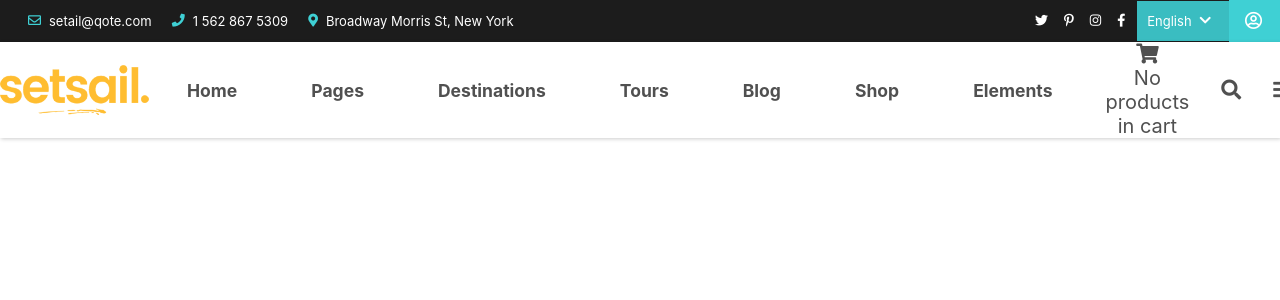
Repository: Hunga9k50doker/Setail
Page: /
An editor plug-in stored every save of this project. The page is shown before and after a run of saves, followed by the edit.
The browser window is 1280 px wide. The pictures show the whole page.
The project was rebuilt for these pictures with package versions that can differ from the ones it lists, and the page was loaded fresh each time.

Above is the page before, as saved 2021-10-21 11:35:00.

### public/index.html
<!DOCTYPE html>
<html lang="en">

<head>
  <meta charset="utf-8" />
  <link rel="icon" href="%PUBLIC_URL%/favicon.ico" />
  <meta name="viewport" content="width=device-width, initial-scale=1" />
  <meta name="theme-color" content="#000000" />
  <meta name="description" content="Web site created using create-react-app" />
  <link rel="stylesheet" href="./font/fontawesome-free-5.15.3-web/css/all.min.css">
  <link rel="apple-touch-icon" href="%PUBLIC_URL%/logo192.png" />
  <!--
      manifest.json provides metadata used when your web app is installed on a
      user's mobile device or desktop. See https://developers.google.com/web/fundamentals/web-app-manifest/
    -->
  <link rel="manifest" href="%PUBLIC_URL%/manifest.json" />
  <!--
      Notice the use of %PUBLIC_URL% in the tags above.
      It will be replaced with the URL of the `public` folder during the build.
      Only files inside the `public` folder can be referenced from the HTML.

      Unlike "/favicon.ico" or "favicon.ico", "%PUBLIC_URL%/favicon.ico" will
      work correctly both with client-side routing and a non-root public URL.
      Learn how to configure a non-root public URL by running `npm run build`.
    -->
  <title>React App</title>
</head>

<body>
  <noscript>You need to enable JavaScript to run this app.</noscript>
  <div id="root">

  </div>
  <script type="text/babel">
  </script>
  <!--
      This HTML file is a template.
      If you open it directly in the browser, you will see an empty page.

      You can add webfonts, meta tags, or analytics to this file.
      The build step will place the bundled scripts into the <body> tag.

      To begin the development, run `npm start` or `yarn start`.
      To create a production bundle, use `npm run build` or `yarn build`.
    -->
</body>

</html>

### src/index.js
import React from "react";
import ReactDOM from "react-dom";
import App from "./views/App.js";
import reportWebVitals from "./reportWebVitals";
import "./styles/global.scss";
// import socialNetworks from '../src/components/socialNetworks'

ReactDOM.render(
  <React.StrictMode>
    <App />
  </React.StrictMode>,
  document.getElementById("root")
);

// If you want to start measuring performance in your app, pass a function
// to log results (for example: reportWebVitals(console.log))
// or send to an analytics endpoint. Learn more: https://bit.ly/CRA-vitals
reportWebVitals();

### src/views/App.js
import './App.scss';
import NavOnTop from '../components/NavOnTop/NavOnTop';
import Nav from '../components/Navigation/Nav';

function App() {

  return (
    <div className="App">
      <NavOnTop />
      <Nav />
    </div>
  );
}

export default App;

### src/styles/global.scss
@import './variables';

* {
  margin: 0;
  padding: 0;
  box-sizing: border-box;
}

body {
  margin: 0;
  font-family: -apple-system, BlinkMacSystemFont, "Segoe UI", "Roboto", "Oxygen",
    "Ubuntu", "Cantarell", "Fira Sans", "Droid Sans", "Helvetica Neue",
    sans-serif;
  -webkit-font-smoothing: antialiased;
  -moz-osx-font-smoothing: grayscale;
}

code {
  font-family: source-code-pro, Menlo, Monaco, Consolas, "Courier New",
    monospace;
}

ul,
li {
  display: inline-block;
  list-style: none;
  padding-left: 0;
}

a {
  text-decoration: none;
  display: inline-block;
  color: #505050;
}

.bridge {
  content: "";
  position: absolute;
  top: -4px;
  left: 50%;
  transform: translate(-50%, 0);
  width: 100%;
  height: 8px;
}

.hover-slide-below {
  content: " ";
  width: 100%;
  height: 4px;
  background: $bg-color--hover;
  position: absolute;
  bottom: -8px;
  left: 0;
  border-radius: 8px;
  transform: scaleX(0);
  transform-origin: center left;
  transition: all 0.3s ease;
}

### src/views/App.scss
.App {
  text-align: center;
  background: #999;
}

### src/components/NavOnTop/NavOnTop.js
// import { render } from "@testing-library/react";
import './NavOnTop.scss';

const NavOnTop = () => {
  return (
    <div className="nav__onTop">
      <ul className="nav__onTop-leftInner">
        <li className="nav__onTop-leftInner-item">
          <i className="far fa-envelope"></i>
          <p className="nav__onTop-leftInner-item-text">setail@qote.com</p>
        </li>
        <li className="nav__onTop-leftInner-item">
          <i className="fas fa-phone"></i>
          <p className="nav__onTop-leftInner-item-text">1 562 867 5309</p>
        </li>
        <li className="nav__onTop-leftInner-item">
          <i className="fas fa-map-marker-alt"></i>
          <p className="nav__onTop-leftInner-item-text">
            Broadway Morris St, New York
          </p>
        </li>
      </ul>
      <ul className="nav__onTop-rightInner">
        <li className="nav__onTop-rightInner-item nav__onTop-rightInner-item-socialNetwork">
          <i className=" fab fa-twitter"></i>
        </li>
        <li className="nav__onTop-rightInner-item nav__onTop-rightInner-item-socialNetwork">
          <i className=" fab fa-pinterest-p"></i>
        </li>
        <li className="nav__onTop-rightInner-item nav__onTop-rightInner-item-socialNetwork">
          <i className=" fab fa-instagram"></i>
        </li>
        <li className="nav__onTop-rightInner-item nav__onTop-rightInner-item-socialNetwork">
          <i className=" fab fa-facebook-f"></i>
        </li>
        <li className="nav__onTop-rightInner-item nav__onTop-rightInner-item-toggleLang">
            <p>English</p>
            <i className="fas fa-chevron-down"></i>
          <div className="nav__onTop-rightInner-item-langs">
            <a href="#" className="nav__onTop-rightInner-item-lang">
              VietNam
            </a>
            <a href="#" className="nav__onTop-rightInner-item-lang">
              France
            </a>
            <a href="#" className="nav__onTop-rightInner-item-lang">
              German
            </a>
          </div>
        </li>
        <li className="nav__onTop-rightInner-item nav__onTop-rightInner-account">
          <i className="far fa-user-circle"></i>
        </li>
      </ul>
    </div>
  );
};

export default NavOnTop;

### src/components/Navigation/Nav.js
import "./Nav.scss";

const Nav = () => {
  return (
    <div className="nav">
      <img src="./logo/logo-footer.png" alt="Not found" className="nav__logo" />
      <ul className="nav__list">
        <li className="nav__list-item nav__list-item-Home">
          <h3 className="nav__list-item-title">Home</h3>
          <div className="nav__list-item-selections">
            <a href="#" className="nav__list-item-selection">
              <p>Travel Agency</p>
            </a>
            <a href="#" className="nav__list-item-selection">
              <p>Winters Holidays</p>
            </a>
            <a href="#" className="nav__list-item-selection">
              <p>Exotic Destinations</p>
            </a>
          </div>
        </li>
        <li className="nav__list-item nav__list-item-Pages">
          <h3 className="nav__list-item-title">Pages</h3>
          <div className="nav__list-item-selections">
            <a href="#" className="nav__list-item-selection">
              <p>About Us</p>
            </a>
            <a href="#" className="nav__list-item-selection">
              <p>What We Offer</p>
            </a>
            <a href="#" className="nav__list-item-selection">
              <p>Our Team</p>
            </a>
          </div>
        </li>
        <li className="nav__list-item nav__list-item-Destinations">
          <h3 className="nav__list-item-title">Destinations</h3>
          <div className="nav__list-item-selections">
            <a href="#" className="nav__list-item-selection">
              <p>Destination List</p>
            </a>
            <a href="#" className="nav__list-item-selection">
              <p>Destination Slider</p>
            </a>
            <a href="#" className="nav__list-item-selection">
              <p>Destination Item</p>
            </a>
          </div>
        </li>
        <li className="nav__list-item nav__list-item-Tours">
          <h3 className="nav__list-item-title">Tours</h3>
          <div className="nav__list-item-selections">
            <a href="#" className="nav__list-item-selection">
              <p>Standard List</p>
            </a>
            <a href="#" className="nav__list-item-selection">
              <p>Gallery List</p>
            </a>
            <a href="#" className="nav__list-item-selection">
              <p>Split List</p>
            </a>
          </div>
        </li>
        <li className="nav__list-item nav__list-item-Blog">
          <h3 className="nav__list-item-title">Blog</h3>
          <div className="nav__list-item-selections">
            <a href="#" className="nav__list-item-selection">
              <p>Blog Masonry</p>
            </a>
            <div className="nav__list-item-selection">
              <p>Blog Standard</p>
              <i className="fas fa-chevron-right"></i>
              <ul className="sub-menu ">
                <li className="sub-menu-item">
                  <a href="#">Right Sidebar</a>
                </li>
                <li className="sub-menu-item">
                  <a href="#">Left Sidebar</a>
                </li>
                <li className="sub-menu-item">
                  <a href="#">Without Sidebar</a>
                </li>
              </ul>
            </div>
            <div className="nav__list-item-selection">
              <p>Blog Types</p>
              <i className="fas fa-chevron-right"></i>
              <ul className="sub-menu ">
                <li className="sub-menu-item">
                  <a href="#">Standard </a>
                </li>
                <li className="sub-menu-item">
                  <a href="#">Gallery </a>
                </li>
                <li className="sub-menu-item">
                  <a href="#">Link</a>
                </li>
              </ul>
            </div>
          </div>
        </li>
        <li className="nav__list-item nav__list-item-Shop">
          <h3 className="nav__list-item-title">Shop</h3>
          <div className="nav__list-item-selections">
            <a href="#" className="nav__list-item-selection">
              <p>Product List</p>
            </a>
            <a href="#" className="nav__list-item-selection">
              <p>Product Single</p>
            </a>
            <div className="nav__list-item-selection">
              <p>Shop Layout</p>
              <i className="fas fa-chevron-right"></i>
              <ul className="sub-menu">
                <li className="sub-menu-item">
                  <a href="#">Three Columns </a>
                </li>
                <li className="sub-menu-item">
                  <a href="#">Four Columns </a>
                </li>
                <li className="sub-menu-item">
                  <a href="#">Full Width</a>
                </li>
              </ul>
            </div>
          </div>
        </li>
        <li className="nav__list-item nav__list-item-Elements">
          <h3 className="nav__list-item-title">Elements</h3>
          <div className="nav__list-item-selections">
            <ul className="nav__list-item-selection sub-category">
              <li className="sub-category-item">Featured</li>
              <li className="sub-category-item">
                <a href="#">Tour List</a>
              </li>
              <li className="sub-category-item">
                <a href="#">Tour Carousel</a>
              </li>
              <li className="sub-category-item">
                <a href="#">Tour Filter</a>
              </li>
            </ul>
            <ul className="nav__list-item-selection sub-category">
              <li className="sub-category-item">Presentation</li>
              <li className="sub-category-item">
                <a href="#">Team</a>
              </li>
              <li className="sub-category-item">
                <a href="#">Blog List</a>
              </li>
              <li className="sub-category-item">
                <a href="#">Shop List</a>
              </li>
            </ul>
            <ul className="nav__list-item-selection sub-category">
              <li className="sub-category-item">ClassNameic</li>
              <li className="sub-category-item">
                <a href="#">Accordions</a>
              </li>
              <li className="sub-category-item">
                <a href="#">Tabs</a>
              </li>
              <li className="sub-category-item">
                <a href="#">Buttons</a>
              </li>
            </ul>
            <ul className="nav__list-item-selection sub-category">
              <li className="sub-category-item">Typography</li>
              <li className="sub-category-item">
                <a href="#">Headings</a>
              </li>
              <li className="sub-category-item">
                <a href="#">Columns</a>
              </li>
              <li className="sub-category-item">
                <a href="#">Section Title</a>
              </li>
            </ul>
          </div>
        </li>
      </ul>
      <ul className="nav__innerRight">
        <li className="nav__innerRight-item nav__innerRight-item-cart">
          <i className="fas fa-shopping-cart"></i>
          <div className="cart-category">
            <p>No products in cart</p>
          </div>
        </li>
        <li className="nav__innerRight-item nav__innerRight-item-search">
          <i className="fas fa-search"></i>
        </li>
        <li className="nav__innerRight-item nav__innerRight-item-category">
          <i className="fas fa-bars"></i>
        </li>
      </ul>
    </div>
  );
};

export default Nav;

### src/styles/_variables.scss


$primary-color:#3fd0d4;
$bg-color--hover:#3abdc1;
$text-color: #505050;
$white-color:#fff;

### src/components/NavOnTop/NavOnTop.scss
@import '../../styles/variables';

.nav__onTop {
  display: flex;
  align-items: center;
  justify-content: space-between;
  padding: 0 0 0 18px;
  background: #1c1c1c;
  color: #fff;
  &-leftInner,
  &-rightInner {
    display: flex;
    align-items: center;
    &-item {
      display: flex;
      align-items: center;
      justify-content: center;
      font-size: 13px;
      padding: 0 10px;
      cursor: pointer;
      &:hover {
        color: $primary-color;
      }
      i {
        margin-right: 8px;
      }

      &-langs {
        // display: none;
        transition: all 0.3s ease;
                position: absolute;
       bottom: calc( -100% - 54px);
       left: 0;
       right: 0;
      z-index: -1;
      transform: translateY(-200%);
      opacity: 0;
    }
    &-lang{
        padding:6px 10px;
        display:flex;
        align-items:center;
        justify-content: center;
        flex-direction: column;
        background: $primary-color;
        color:#fff;
        &:hover{
            background: $bg-color--hover;
        }
        &:last-child{
            padding-bottom: 12px;
        }

        &:first-child{
            position: relative;
            &:after{
                content: " ";
                position: absolute;
                width: 100%;
                height: 8px;
                top: -4px;
            }
        }
    }
    }



    &-item-socialNetwork {
      padding-left: 4px;
      padding-right: 4px;
    }
    &-item-toggleLang {
    position: relative;
      background: $bg-color--hover;
      display: flex;
      align-items: center;
      height: 100%;
      margin: 0;
      padding: 12px 10px;
      justify-content: space-around;
      p {
        display: inline-block;
        margin-right: 8px;
      }
    }
    &-item-toggleLang:hover .nav__onTop-rightInner-item-langs{
       transform: translateY(0);
       opacity: 1;
        z-index: 5;

    }

    &-account {
      background: $primary-color;
      padding:12px 10px 12px 16px;
      display: flex;
      align-items: center;
      justify-content: center;
      i {
        display: inline-block;
        font-size: 1.1rem;
      }
      &:hover{
          color: #999;
          background: $bg-color--hover;
      }
    }
  }
   &-leftInner {
      i {
        color: $primary-color;
      }
    }
}


// ============Animation=====================

### src/components/Navigation/Nav.scss
@import "../../styles/variables";
@import "../../styles/global.scss";

.nav {
  position: fixed;
  left: 0;
  right: 0;
  top: 42px;
  z-index: 5;
  transition: all 0.3s ease;
  display: flex;
  align-items: center;
  justify-content: space-around;
  box-shadow:1px 1px 4px rgba(0, 0, 0, 0.2);
  &__logo {
    cursor: pointer;
    width: 150px;
    height: 50px;
    font-size: 14px;
  }

  &__list {
    display: flex;
    align-items: center;
    justify-content: center;
    &-item {
      position: relative;
      transition: all 0.5s ease;
      padding: 28px 37px;
      font-size: 15px;
      cursor: pointer;
      color: $text-color;
      &:hover {
        color: $primary-color;
      }

      &-title {
        position: relative;
        font-weight: 700;

        &:after {
          @extend .hover-slide-below;
        }
        &:hover:after {
          transform: scaleX(1);
          transform-origin: left center;
        }
      }
      &-selections {
        transition: all 0.3s ease;
        text-align: left;
        flex-direction: column;
        position: absolute;
        border-radius: 2px;
        top: 82px;
        left: 0;
        width: calc(150% + 50px);
        box-shadow: 0px 0px 5px rgba(0, 0, 0, 0.2);
        transform: scaleY(0);
        transform-origin: center top;

        &:before {
          @extend .bridge;
        }
      }

      &:hover &-selections {
        transform: scaleY(1);
        transform-origin: top center;
      }
      &-selection {
        position: relative;
        display: block;
        padding: 5px 25px 6px 32px;
        font-size: 15px;
        color: $text-color;
        font-weight: 500;
        p {
          position: relative;
          display: inline-block;
          width: fit-content;
          &:after {
            @extend .hover-slide-below;
            height: 3px;
          }
        }
        &:hover {
          color: $primary-color;

          .sub-menu {
            display: flex;
            transform:scaleX(1);
            transform-origin: left center;
            opacity: 1;
          }
        }
        &:hover p:after {
          transform: scaleX(1);
          transform-origin: left center;

        }
        &:first-child {
          padding-top: 34px;
        }
        &:last-child {
          margin-bottom: 34px;
        }

        .sub-menu {
          position: absolute;
          top: 0;
          z-index: -1;
          left: 100%;
          align-items: flex-start;
          float: left;
          flex-direction: column;
          box-shadow: 1px 1px 4px rgba(0, 0, 0, 0.2);
          width: 100%;
          padding: 28px 0 28px 0;
          transform: scaleX(0);
          opacity:0;
          transform-origin: center left;
          transition: all 0.3s ease;
          &-item {
            width: 100%;
            padding: 5px 37px 6px 37px;
            color: $text-color;
            a {
              position: relative;
              display: inline-block;
              width: fit-content;
              &:after {
                @extend .hover-slide-below;
                height: 2px;
              }
            }
            &:hover a {
              color: $primary-color;
            }
            &:hover a:after {
              transform: scaleX(1);
              transform-origin: left center;
            }
          }
        }
      }

      &:nth-child(5)  &-selection,
      &:nth-child(6) &-selection {
        display: flex;
        align-items: center;
        justify-content: space-between;
      }

      &:nth-child(7) .sub-category {
        display: flex;
        align-items: flex-start;
        flex-direction: column;
        padding: 10px 20px;
        flex: 1;
        &-item {
          position: relative;
          padding: 7px 37px;
          &:first-child {
            color: $primary-color;
            font-size: 16px;
            font-weight: 700;
            margin-bottom: 20px;
          }
          a {
            position: relative;
            width: fit-content;
            &:after {
              @extend .hover-slide-below;
              height: 3px;
            }
          }

          &:hover a {
            color: $primary-color;
          }

          &:hover a:after {
            transform: scaleX(1);
            transform-origin: left center;
          }
        }
      }
    }

    &-item:nth-child(7) &-item-selections {
      display: flex;
      position: fixed;
      top: 120px;
      left: 0;
      width: 100vw;
      flex-direction: row;
      padding: 37px 50px;
    }
  }

  &__innerRight {
    display: flex;
    align-items: center;
    justify-content: center;
    &-item {
      position: relative;
      transition: all 0.5s ease;
      cursor: pointer;
      margin: 0 16px;
      font-size: 20px;
      color: $text-color;
      z-index: 2;
      transform: scale(1);

      &:hover {
        transform: scale(1.2);
        color: $bg-color--hover;
      }
    }
  }
}

Loaded but not shown: src/reportWebVitals.js (common file); public/font/fontawesome-free-5.15.3-web/css/all.min.css (library)

After the next 2 saves:
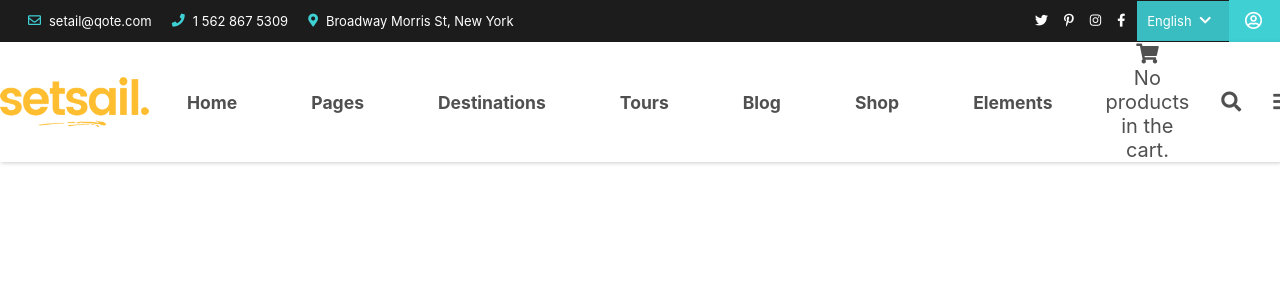
The 2 saves are shown as one change because they came seconds apart.
The last was saved 11 s later.
--- a/src/components/Navigation/Nav.js
+++ b/src/components/Navigation/Nav.js
@@ -183,7 +183,7 @@ const Nav = () => {
         <li className="nav__innerRight-item nav__innerRight-item-cart">
           <i className="fas fa-shopping-cart"></i>
           <div className="cart-category">
-            <p>No products in cart</p>
+            <p>No products in the cart.</p>
           </div>
         </li>
         <li className="nav__innerRight-item nav__innerRight-item-search">
